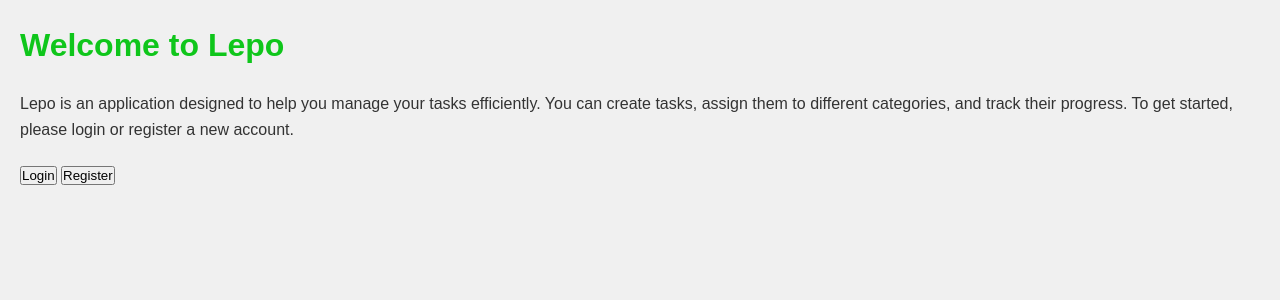
Repository: Javimetro/UniZen
Page: client/index.html
An editor plug-in stored every save of this project. The page is shown before and after the next save, followed by the edit.
The browser window is 1280 px wide. The pictures show the whole page.

Above is the page before, as saved 2024-03-12 18:34:50.

### client/index.html
<!DOCTYPE html>
<html lang="en">
<head>
  <meta charset="UTF-8">
  <meta name="viewport" content="width=device-width, initial-scale=1.0">
  <title>Lepo</title>
  <link rel="stylesheet" href="/src/styles/style.css"> <!-- Link to CSS file -->
  <link rel="icon" href="/assets/images/favicon.ico" type="image/x-icon">
</head>
<body>
  <h1 id="welcome"> Welcome to Lepo </h1>
  <p id="introduction">
    Lepo is an application designed to help you manage your tasks efficiently.
    You can create tasks, assign them to different categories, and track their progress.
    To get started, please login or register a new account.
  </p>
  <button id="login">Login</button>
  <button id="register">Register</button>

  <script type="module" src="/main.js"></script>
</body>
</html>

### client/src/styles/style.css
/* Basic Reset */
* {
  margin: 0;
  padding: 0;
  box-sizing: border-box;
}

body {
  font-family: 'Arial', sans-serif;
  background-color: #f0f0f0;
  color: #333;
  line-height: 1.6;
  padding: 20px;
}

h1 {
  color: #0fc61b;
  margin-bottom: 20px;
}



p {
  margin-bottom: 20px;
}

#kissaContainer {
  max-width: 800px;
  display: flex;
  flex-direction: column;
  margin: auto;
  background: #fff;
  padding: 20px;
  border-radius: 8px;
  box-shadow: 0 2px 4px rgba(0, 0, 0, 0.1);
}
.card-area {
  display: flex;
  flex-direction: row;
}
.card {
  display: flex; /* Use flexbox layout */
  border: 1px solid #ccc; /* Optional: Add border for visual separation */
  border-radius: 5px; /* Optional: Add border radius for rounded corners */
}

.card-img {
  flex: 1; /* Make the image container grow to fill available space */
  padding: 10px; /* Optional: Add padding for spacing */
}

.card-img img {
  width: 100%; /* Make the image fill the container */
  border-radius: 5px; /* Optional: Add border radius for rounded corners */
}

.card-diary {
  flex: 2; /* Make the diary entry container grow to fill available space */
  padding: 10px; /* Optional: Add padding for spacing */
}

### client/main.js
import '/src/styles/style.css';
//import createDiaryCards from '/src/utils/renderContainer.js';

// for adding the token to the storage of the browser: open devtools, console and add: localStorage.setItem('token', 'yourToken');  now browser nows the token and front end can get it from there. This is temporal. I should implement post form from frontend to back like: user.. password..
//////////////////////////////////
console.log('vamos')
//login redirect
document.addEventListener('DOMContentLoaded', function() {
  document.getElementById('login').addEventListener('click', function() {
    console.log(login)

    window.location.href = '/login.html';
  });
//register redirect
  document.getElementById('register').addEventListener('click', function() {
    window.location.href = '/register.html';
  });
});


//document.getElementById('fetch-diary').addEventListener('click', createDiaryCards);

document.addEventListener('DOMContentLoaded', function() {
  console.log('DOM fully loaded');
});

After the next save:
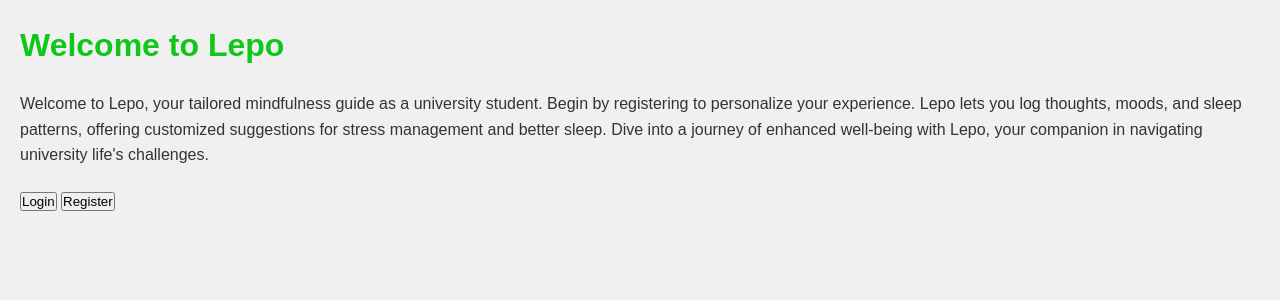
Saved 7 min 20 s later.
--- a/client/index.html
+++ b/client/index.html
@@ -10,9 +10,7 @@
 <body>
   <h1 id="welcome"> Welcome to Lepo </h1>
   <p id="introduction">
-    Lepo is an application designed to help you manage your tasks efficiently.
-    You can create tasks, assign them to different categories, and track their progress.
-    To get started, please login or register a new account.
+    Welcome to Lepo, your tailored mindfulness guide as a university student. Begin by registering to personalize your experience. Lepo lets you log thoughts, moods, and sleep patterns, offering customized suggestions for stress management and better sleep. Dive into a journey of enhanced well-being with Lepo, your companion in navigating university life's challenges.
   </p>
   <button id="login">Login</button>
   <button id="register">Register</button>
